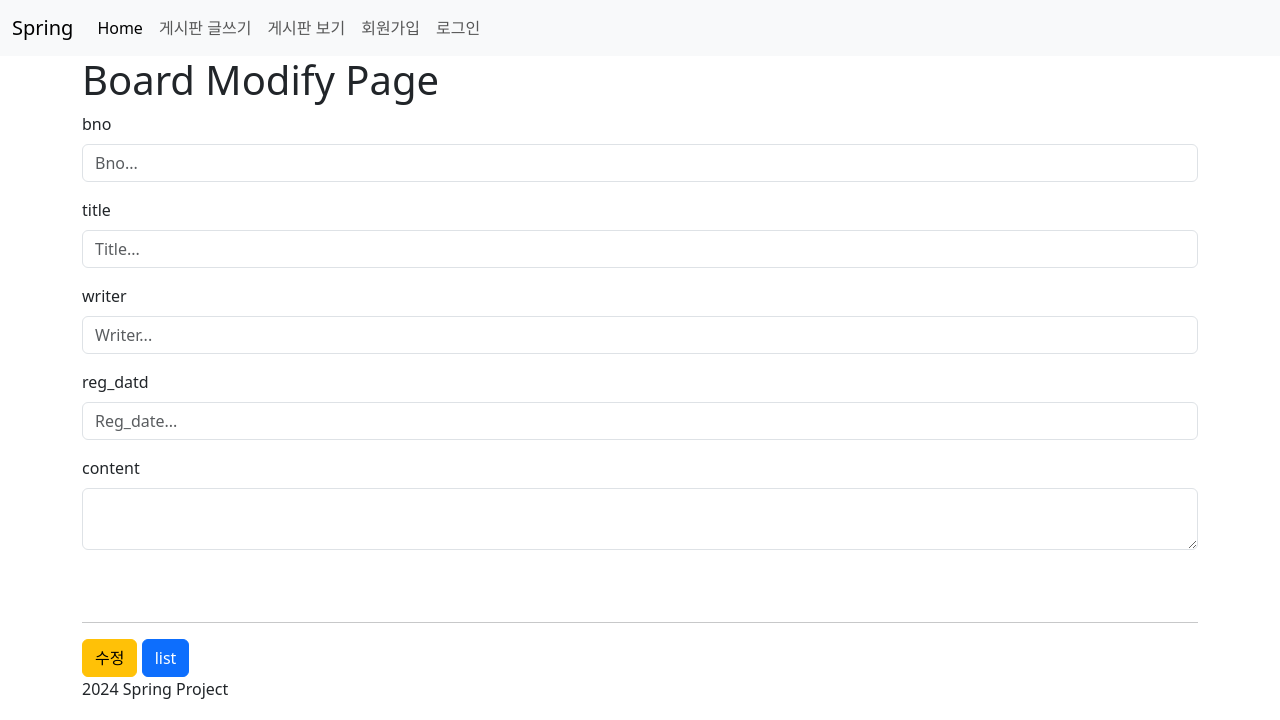
Repository: havanara/240423_SPRING_Project
Page: http://localhost/spring_study/WEB-INF/views/board/modify.jsp
An editor plug-in stored every save of this project. The page is shown before and after the next save, followed by the edit.
The browser window is 1280 px wide. The pictures show the whole page.
The page is served by Tomcat 9. Nobody is signed in. The template is opened directly, without the code that normally fills it, so the values that code supplies are empty.

Above is the page before, as saved 2024-04-30 01:02:26.

After the next save:
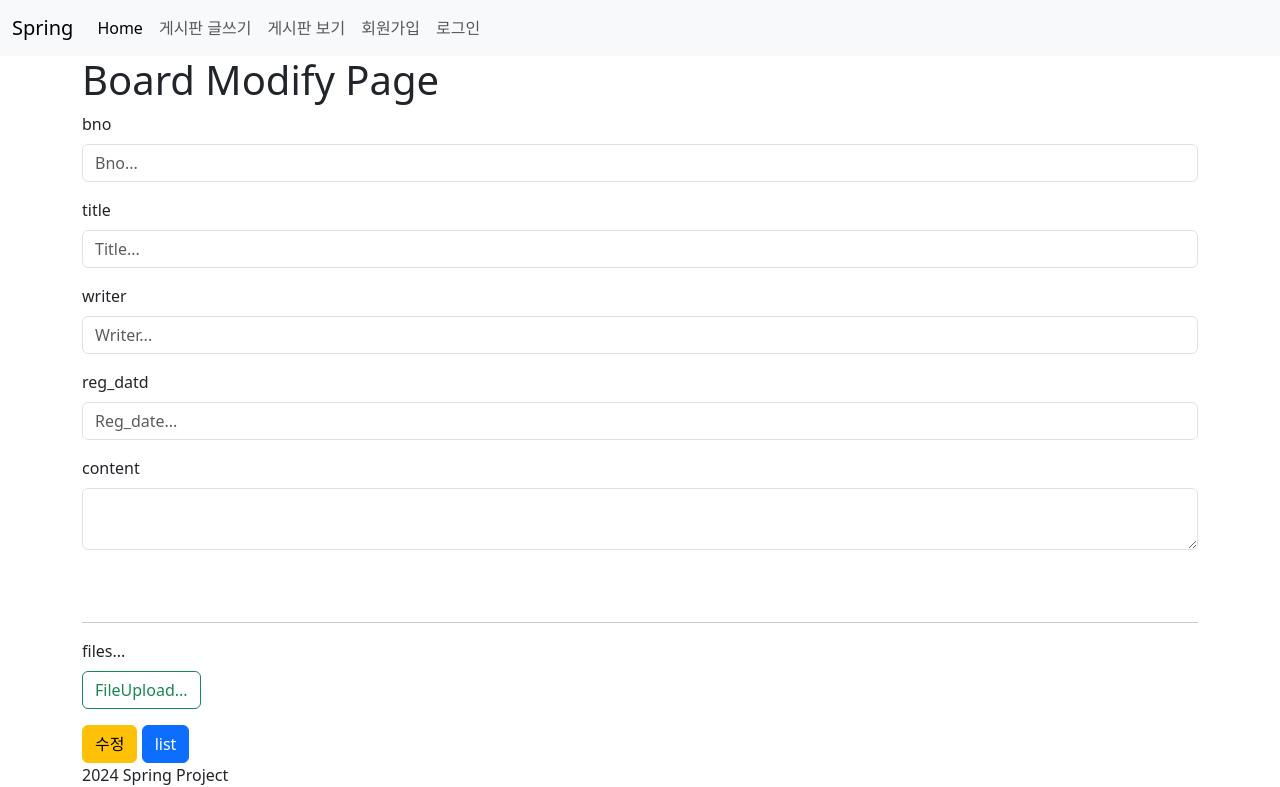
Saved 32 min 14 s later.
--- a/spring_study/src/main/webapp/WEB-INF/views/board/modify.jsp
+++ b/spring_study/src/main/webapp/WEB-INF/views/board/modify.jsp
@@ -29,6 +29,7 @@
 	  <textarea class="form-control" name="content" id="c" aria-label="With textarea">${bvo.content }</textarea>
 	</div>
 
+	<!-- 파일 표시 -->
 	<c:set value="${bdto.flist }" var="flist"></c:set>
 	<div class="mb-3">
 		<ul class="list-group list-group-flush">
@@ -62,7 +63,20 @@
 	</div>
 	<br> <hr>
 
-	<button type="submit" class="btn btn-warning">수정</button>
+	<!-- 파일 입력 라인 추가 -->
+	<div class="mb-3">
+	  <label for="file" class="form-label">files...</label>
+	  <!-- multiple -> input 한개에 여러개의 값을 넣을 수 있음 -->
+	  <input type="file" class="form-control" name="files" id="file" multiple="multiple" style="display: none"><br>
+	  <button type="button" class="btn btn-outline-success" id="trigger">FileUpload...</button>
+	</div>
+
+	<!-- 파일 목록 표시라인 -->
+	<div class="mb-3" id="fileZone">
+
+	</div>
+
+	<button type="submit" class="btn btn-warning" id="regBtn">수정</button>
 	<a href="/board/list"><button type="button" class="btn btn-primary">list</button></a>
 </form>
 </div>
